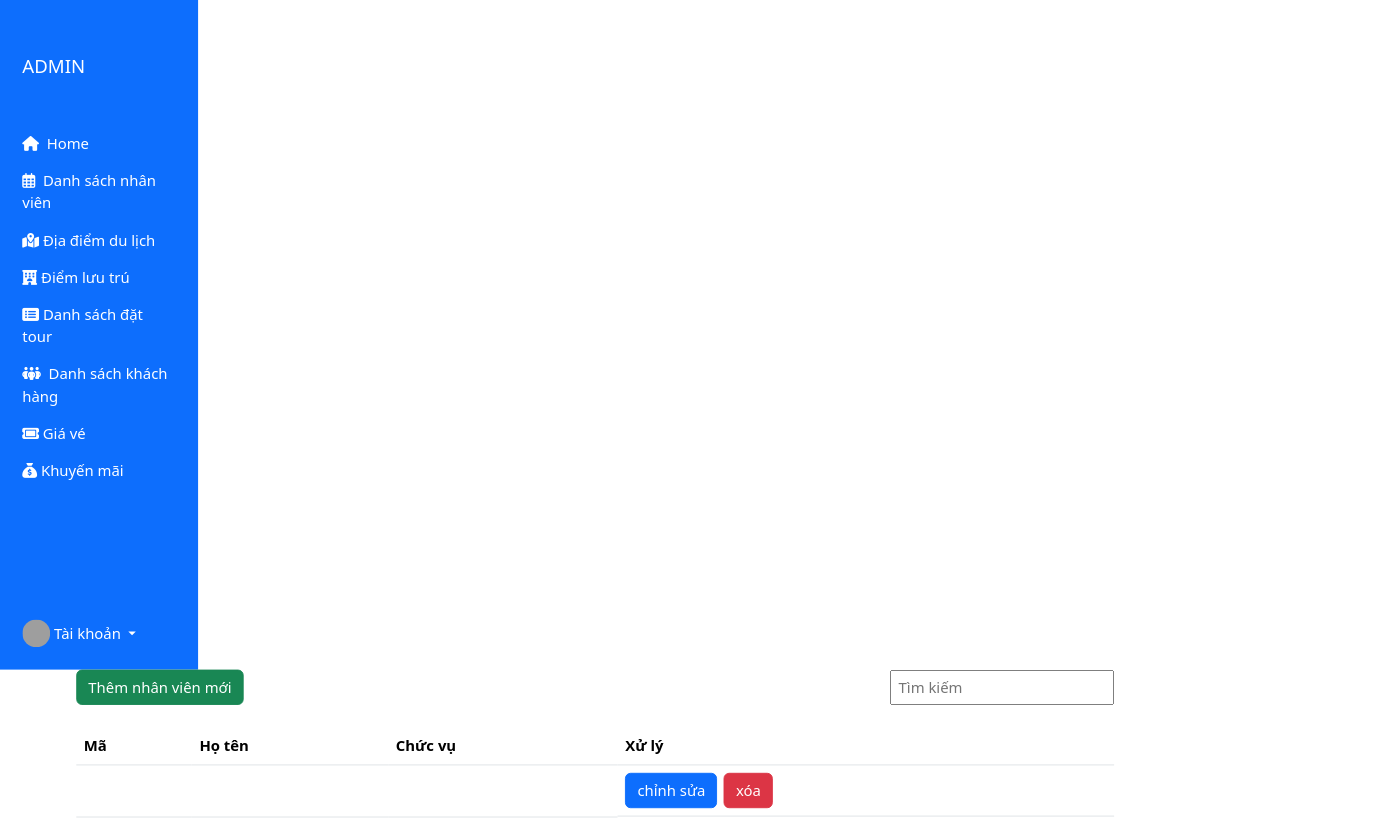
Repository: vantohuu/BOOKINGTOUR
Page: http://localhost/BOOKINGTOUR/WEB-INF/views/index.jsp
An editor plug-in stored every save of this project. The page is shown before and after the next save, followed by the edit.
The browser window is 1280 px wide. The page is 1493 px wide, so the pictures cover 1493 px, including what lies to the right of the window. The pictures show the whole page, at 93% of full size.
Pictures or frames that could not be fetched are drawn as grey boxes. Some web libraries are served in a nearby version. The page is served by Tomcat 9. Nobody is signed in. Other server files are loaded and not shown. The template is opened directly, without the code that normally fills it, so the values that code supplies are empty.

Above is the page before, as saved 2023-05-02 12:06:44.

### BOOKINGTOUR/src/main/webapp/WEB-INF/views/index.jsp
<%@ page language="java" contentType="text/html; charset=UTF-8"
    pageEncoding="UTF-8"%>
<!DOCTYPE html>
<html>
<head>
<meta charset="UTF-8">
 <link href="https://cdn.jsdelivr.net/npm/bootstrap@5.3.0-alpha1/dist/css/bootstrap.min.css" rel="stylesheet"
     integrity="sha384-GLhlTQ8iRABdZLl6O3oVMWSktQOp6b7In1Zl3/Jr59b6EGGoI1aFkw7cmDA6j6gD" crossorigin="anonymous">
     <script src="https://kit.fontawesome.com/ee36f81461.js" crossorigin="anonymous"></script>
<title>Insert title here</title>
</head>
<body>
	<div class="container-fluid">
		<div class="row flex-nowrap">
			<div class="col-auto col-md-3 col-xl-2 px-sm-2 px-0 bg-primary">
				<div
					class="d-flex flex-column align-items-center align-items-sm-start px-3 pt-2 text-white min-vh-100">
					<a href="/"
						class="d-flex align-items-center pb-5 pt-5 mb-md-0 me-md-auto text-white text-decoration-none">
						<span class="fs-5 d-none d-sm-inline">ADMIN</span>
					</a>
					<ul
						class="nav nav-pills flex-column mb-sm-auto mb-0 align-items-center align-items-sm-start"
						id="menu">
						<li class="nav-item"><a href="home.htm"
							class="nav-link text-white align-middle px-0"><i
								class="fa-solid fa-house"></i> <span
								class="ms-1 d-none d-sm-inline">Home</span>
						</a></li>
						<li><a href="#submenu1" data-bs-toggle="collapse"
							class="nav-link text-white px-0 align-middle">
							<i class="fa-regular fa-calendar-days"></i> <span
								class="ms-1 d-none d-sm-inline">Danh sách nhân viên</span>
						</a>

								<li class="w-100"><a href="thevao.htm"
									class="nav-link text-white px-0"><i class="fa-solid fa-map-location-dot"></i> <span
										class="d-none d-sm-inline">Địa điểm du lịch</span></a></li>
								<li><a href="thera.htm" class="nav-link text-white px-0">
								<i class="fa-solid fa-hotel"></i>
										<span class="d-none d-sm-inline">Điểm lưu trú</span>
								</a></li>
								<li><a href="lichsugui.htm"
									class="nav-link text-white px-0">
									<i class="fa-solid fa-rectangle-list"></i> <span
										class="d-none d-sm-inline">Danh sách đặt tour</span></a></li>

						<li><a href="lich.htm"
							class="nav-link text-white px-0 align-middle"><i class="fa-solid fa-people-group"></i> <span
								class="ms-1 d-none d-sm-inline">Danh sách khách hàng</span>
						</a></li>
						<li><a href="lich.htm"
							class="nav-link text-white px-0 align-middle"> <i class="fa-solid fa-ticket"></i><span
								class="ms-1 d-none d-sm-inline">Giá vé</span>
						</a></li>
						<li><a href="#submenu2" data-bs-toggle="collapse"
							class="nav-link text-white px-0 align-middle "> <i class="fa-solid fa-sack-dollar"></i><span
								class="ms-1 d-none d-sm-inline">Khuyến mãi</span></a>
</ul>

							<ul class="collapse nav flex-column ms-1" id="submenu2"
								data-bs-parent="#menu">
								<li class="w-100"><a href="doanhthu.htm"
									class="nav-link px-0"> <span class="d-none d-sm-inline">Doanh
											thu</span></a></li>
								<li><a href="nhanvien.htm" class="nav-link px-0"> <span
										class="d-none d-sm-inline">Nhân viên</span></a></li>
								<li><a href="quanlithethang.htm" class="nav-link px-0">
										<span class="d-none d-sm-inline">Nhân viên</span>
								</a></li>
								<li><a href="quanlilich.htm" class="nav-link px-0"> <span
										class="d-none d-sm-inline">Lịch</span></a></li>

								<li><a href="chucvu.htm" class="nav-link px-0"> <span
										class="d-none d-sm-inline">Chức vụ</span></a></li>
								<li><a href="quanlitaikhoan.htm" class="nav-link px-0">
										<span class="d-none d-sm-inline">Tài khoản</span>
								</a></li>
								<li><a href="bangluong.htm" class="nav-link px-0"> <span
										class="d-none d-sm-inline">Bảng lương</span></a></li>

								<li><a href="chinhsuaphi.htm" class="nav-link px-0"> <span
										class="d-none d-sm-inline">Phí gửi xe</span></a></li>

							</ul>

						<hr>

						<div class="dropdown pb-4">
							<a href="#"
								class="d-flex align-items-center text-white text-decoration-none dropdown-toggle"
								id="dropdownUser1" data-bs-toggle="dropdown"
								aria-expanded="false"> <img src="https://github.com/mdo.png"
								alt="hugenerd" width="30" height="30" class="rounded-circle">
								<span class="d-none d-sm-inline mx-1">Tài khoản</span>
							</a>
							<ul class="dropdown-menu dropdown-menu-dark text-small shadow">

								<li><a class="dropdown-item" href="nhanvien-thongtin.htm">Chỉnh
										sửa thông tin cá nhân</a></li>
								<li><a class="dropdown-item" href="doimatkhau.htm">Đổi
										mật khẩu</a></li>
								<li>
									<hr class="dropdown-divider">
								</li>
								<li><a class="dropdown-item" href="logout.htm">Đăng
										xuất</a></li>
							</ul>
						</div>
				</div>
			</div>
			<div class="" col py-3 d-flex justify-content-centeralign-items-center"">

			</div>
		</div>
	</div>

	   <div class="container form-dang-nhap">
    <div style='display: flex;
  justify-content: space-between;'>

     <button type="button" class="btn btn-success" onclick="location.href = './themtaikhoan.htm'">Thêm nhân viên mới</button>
    <input type="text" name="timkiem"  placeholder=" Tìm kiếm" style='padding:3px'>

    </div>
    <br>
    <table class="table">
  <thead>
    <tr>
    <th scope="col">Mã</th>
      <th scope="col">Họ tên</th>
      <th scope="col">Chức vụ</th>
      <th scope="col">Xử lý</th>
    </tr>
  </thead>
  <tbody>
  <c:forEach var="nhanvien" items="${nhanviens}" >

         <tr>
      <th scope="row">${nhanvien.maNV}</th>
      <td>${nhanvien.hoNV} ${nhanvien.tenNV}</td>
       <td>${nhanvien.chucVu.tenCV}</td>
       <td style='display: flex;
  justify-content:  flex-start;'>
        <form action="suattnhanvien.htm" method="post">
       <button name="manv" value="${nhanvien.maNV}" class="btn btn-primary">chỉnh sửa</button>
       </form>
        <form action="suattnhanvien.htm" method="post">
       <button type="button" class="btn btn-danger" style='margin-left: 7px;' >xóa</button>
       </form>
       </td>

    </tr>

        </c:forEach>
  </tbody>
</table>


    </div>
	<script src="https://cdn.jsdelivr.net/npm/bootstrap@5.3.0-alpha1/dist/js/bootstrap.bundle.min.js" integrity="sha384-w76AqPfDkMBDXo30jS1Sgez6pr3x5MlQ1ZAGC+nuZB+EYdgRZgiwxhTBTkF7CXvN" crossorigin="anonymous"></script>
</body>
</html>

After the next save:
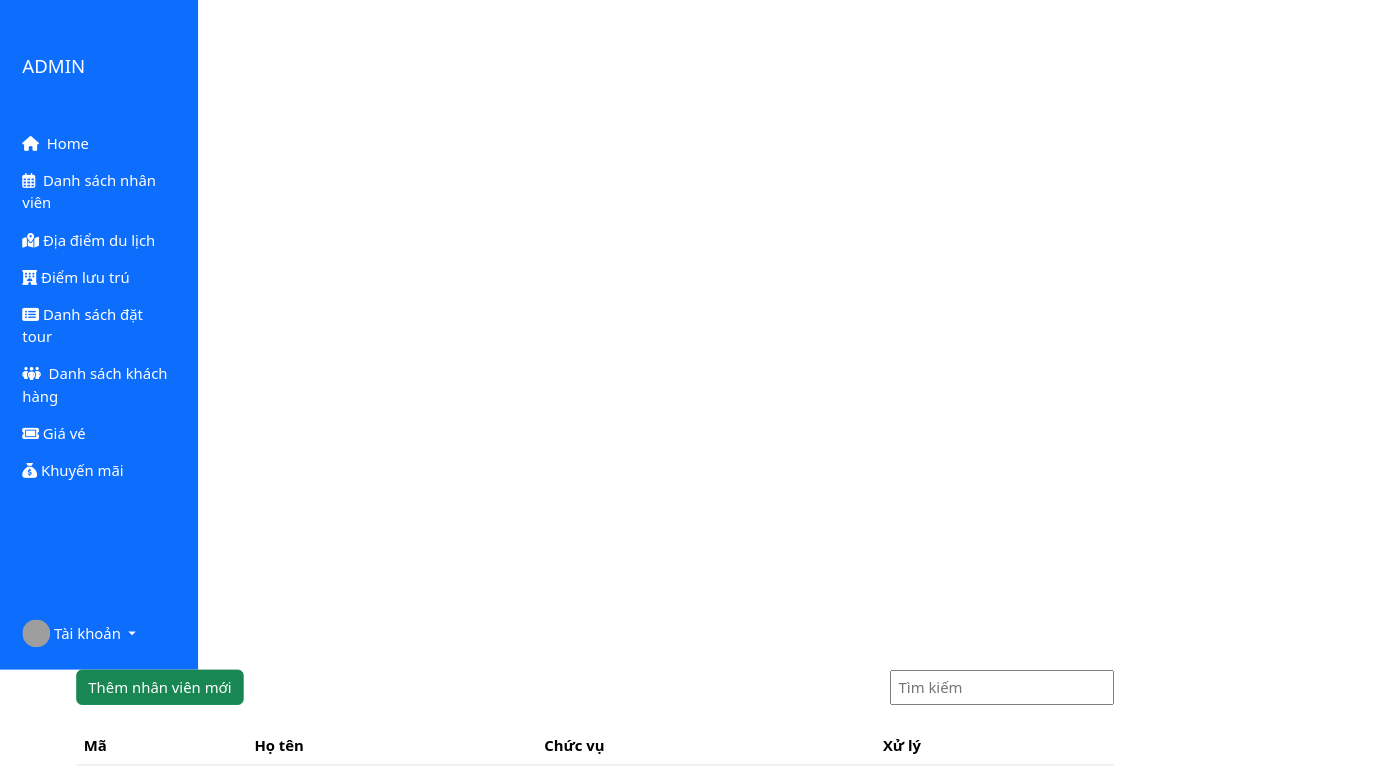
Saved 77 s later.
--- a/BOOKINGTOUR/src/main/webapp/WEB-INF/views/index.jsp
+++ b/BOOKINGTOUR/src/main/webapp/WEB-INF/views/index.jsp
@@ -1,5 +1,8 @@
 <%@ page language="java" contentType="text/html; charset=UTF-8"
     pageEncoding="UTF-8"%>
+
+        <%@ taglib uri="http://java.sun.com/jstl/core_rt" prefix="c"%>
+<%@ taglib uri="http://java.sun.com/jstl/fmt_rt" prefix="f"%>
 <!DOCTYPE html>
 <html>
 <head>
